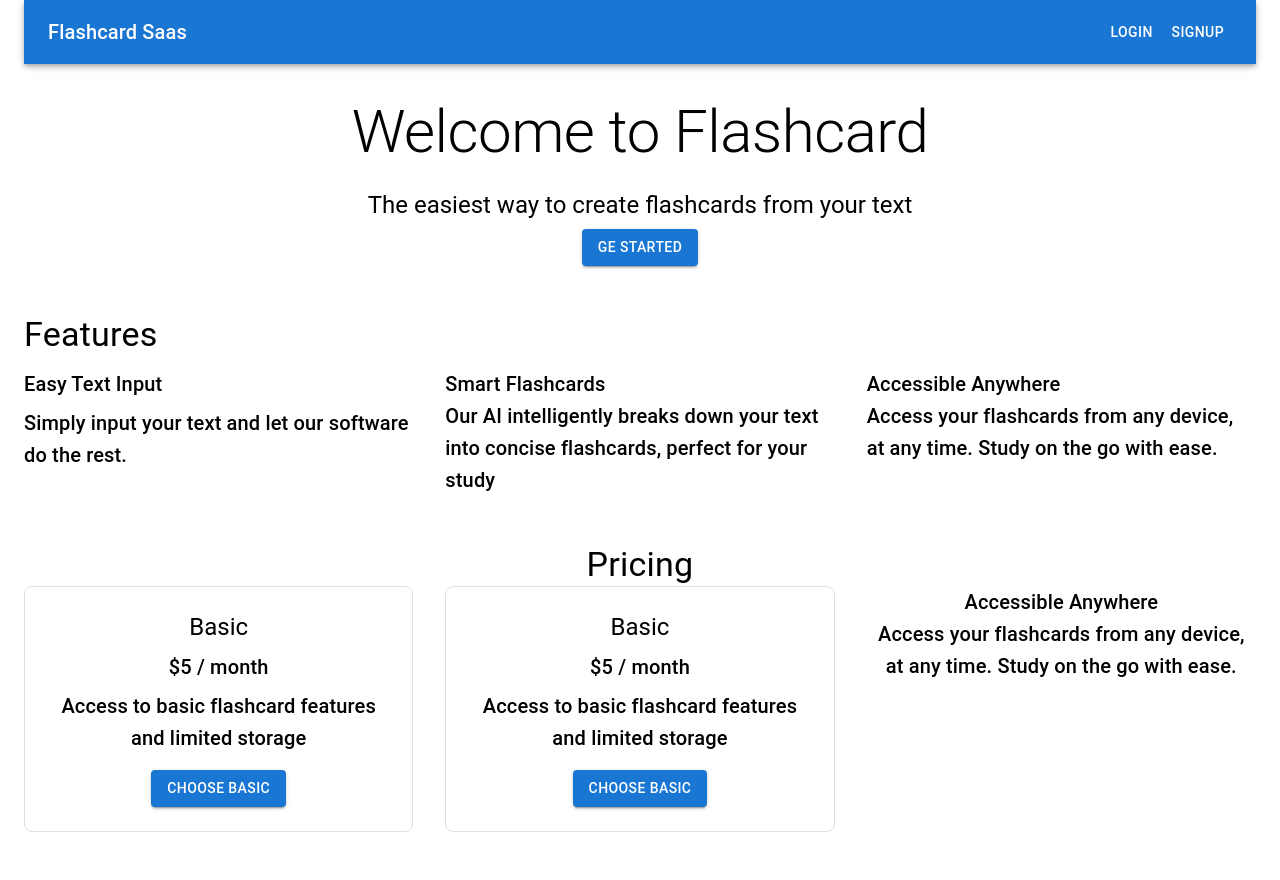
Repository: rakeshpuppala2590/AI-Flashcards-Stripe
Page: /
An editor plug-in stored every save of this project. The page is shown before and after the next save, followed by the edit.
The browser window is 1280 px wide. The pictures show the whole page.
The page's requests for data from a server got no answer. The project was rebuilt for these pictures with package versions that can differ from the ones it lists, and the page was loaded fresh each time. Some packages were replaced by stand-ins written for this rebuild. The framework's server and built-in components were replaced by stand-ins that run in the browser. No one was signed in, and anything a server would have sent is missing. Also part of the build but not shown: next.config.mjs.

Above is the page before, as saved 2024-08-12 15:21:30.

After the next save:
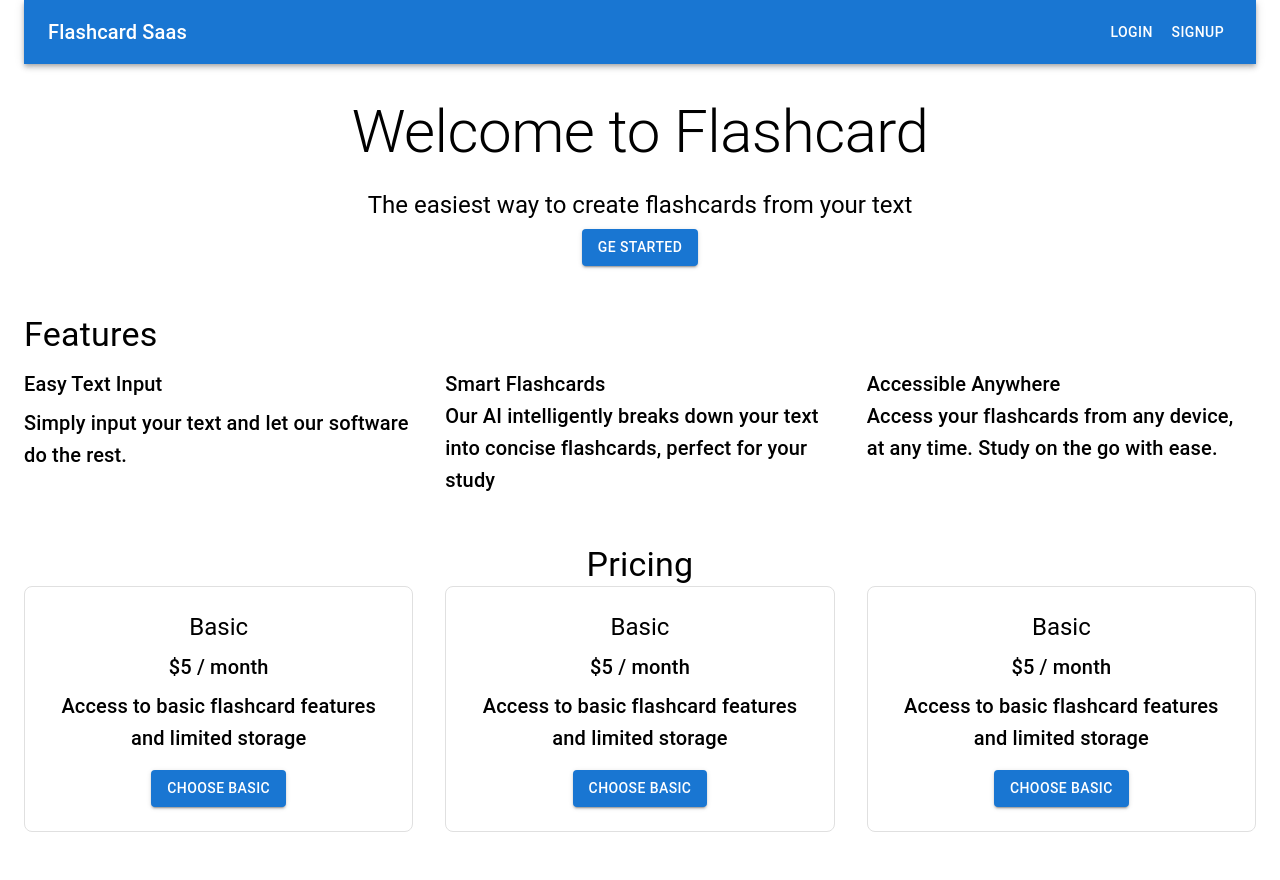
Saved 10 s later.
--- a/src/app/page.js
+++ b/src/app/page.js
@@ -143,13 +143,28 @@ export default function Home() {
           </Grid>
 
           <Grid item xs={12} md={4}>
-            {" "}
-            <Typography variant="h6">Accessible Anywhere</Typography>
-            <Typography variant="h6"> </Typography>
-            <Typography variant="h6">
-              Access your flashcards from any device, at any time. Study on the
-              go with ease.
-            </Typography>
+            <Box
+              sx={{
+                p: 3,
+                border: "1px solid",
+                borderColor: "grey.300",
+                borderRadius: 2,
+              }}
+            >
+              <Typography variant="h5" gutterBottom>
+                Basic
+              </Typography>
+              <Typography variant="h6" gutterBottom>
+                $5 / month{" "}
+              </Typography>
+              <Typography variant="h6">
+                {" "}
+                Access to basic flashcard features and limited storage
+              </Typography>
+              <Button variant="contained" color="primary" sx={{ mt: 2 }}>
+                Choose Basic
+              </Button>
+            </Box>
           </Grid>
         </Grid>
       </Box>
